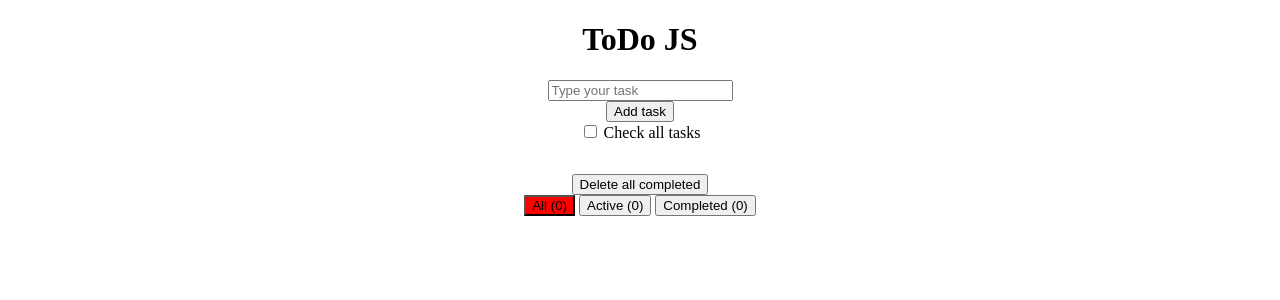
Repository: mklyagin/klyagin_todojs
Page: index.html
The author's editor kept a copy of each file at every save. The page is drawn from the files as they stood at one save, then again after the next save.
The browser window is 1280 px wide. The pictures show the whole page.

Above is the page before, as saved 2024-02-27 15:34:58.

### index.html
<!DOCTYPE html>
<html lang="en">
  <head>
    <meta charset="UTF-8">
    <meta name="viewport" content="width=device-width, initial-scale=1.0">
    <title>ToDo JS</title>
    <link rel="stylesheet" href="./style.css">
  </head>
  <body>
    <h1>ToDo JS</h1>
    <input id="enter-task-input" placeholder="Type your task">
    <button type="button" id="add-task-button">Add task</button>
    <div>
      <input type="checkbox" id="check-all-checkbox">
      <span>Check all tasks</span>
    </div>
    <ul id="task-list"></ul>
    <button type="button" id="delete-all-completed-button">
      Delete all completed
    </button>
    <div id="tabulation">
      <button id="show-all" class="active">All (0)</button>
      <button id="show-active">Active (0)</button>
      <button id="show-completed">Completed (0)</button>
    </div>
    <div id="pagination"></div>
    <script src="./script.js"></script>
  </body>
</html>

### style.css

body {
  display: flex;
  flex-direction: column;
  margin: auto;
  align-items: center;
  justify-content: center;
}

.hidden-element {
  display: none;
}

.active {
  background: red;
}

### script.js
const buttonTaskAdd = document.querySelector('#add-task-button');
const inputTask = document.querySelector('#enter-task-input');
const ulTask = document.querySelector('#task-list');
const checkAllCheckbox = document.querySelector('#check-all-checkbox');
const deleteAllCompletedButton = document.querySelector('#delete-all-completed-button');
const tabulationDiv = document.querySelector('#tabulation');
const paginationDiv = document.querySelector('#pagination');

const ENTER_KEY = 'Enter';
const ESCAPE_KEY = 'Escape';
const QUANTITY_OF_TASKS = 5;

let taskList = [];
let taskListPages = [[]];
let filterType = 0;
let currentPage = 0;

const strValidation = (inputStr) => inputStr.replace(/[!@#$%^&*()'"`<>;:]/g, '');

const checkAllTaskStates = () => {
  checkAllCheckbox.checked = taskList.length
    ? (taskList.every((task) => task.isDone))
    : false;
};

const listToPages = (currentList) => {
  taskListPages = [[]];
  let index = 0;
  currentList.forEach((task) => {
    if (taskListPages[index].length === QUANTITY_OF_TASKS) {
      taskListPages.push([]);
      index += 1;
    }
    taskListPages[index].push(task);
  });
};

const taskFilter = (currentList) => {
  switch (filterType) {
    case (0):
      return currentList;
    case (1):
      currentList = currentList.filter((task) => !task.isDone);
      return currentList;
    case (2):
      currentList = currentList.filter((task) => task.isDone);
      return currentList;
    default:
      return undefined;
  }
};

const taskValidation = () => {
  taskList.forEach((task) => {
    task.title = task.title.trim();
  });
  taskList = taskList.filter((task) => task.title.length);
};
const taskFilterCounter = () => {
  const counter = {
    total: taskList.length,
    active: (taskList.filter((task) => !task.isDone)).length,
    completed: (taskList.filter((task) => task.isDone)).length,
  };

  return counter;
};

const taskRender = (isAdding) => {
  let listOfTasks = '';
  let prePaginationList = '';
  let currentList = [];
  taskValidation();
  currentList = taskFilter(taskList);
  listToPages(currentList);
  if (isAdding) {
    currentPage = taskListPages.length - 1;
  }
  taskListPages[currentPage].forEach((task) => {
    listOfTasks
    += `<li id=${task.id}>
    <input type="checkbox" class="check-task" ${task.isDone ? 'checked' : ''}>
    <span class="task-title">${task.title}</span>
    <input hidden class="edit-task" id=${task.id} value=${task.title} >
    <button type="button" class="delete-task">X</button>
    </li>`;
  });
  ulTask.innerHTML = listOfTasks;
  checkAllTaskStates();
  const tabNumbers = taskFilterCounter();
  for (let index = 0; index < 3; index += 1) {
    if (index === filterType) {
      tabulationDiv.children[index].classList.add('active');
    } else {
      tabulationDiv.children[index].classList.remove('active');
    }
  }
  tabulationDiv.children[0].innerHTML = `All (${tabNumbers.total})`;
  tabulationDiv.children[1].innerHTML = `Active (${tabNumbers.active})`;
  tabulationDiv.children[2].innerHTML = `Completed (${tabNumbers.completed})`;
  for (let i = 0; i < taskListPages.length; i += 1) {
    prePaginationList += `<button class="page-number ${(i === currentPage ? 'active' : '')}">${i + 1}</button>`;
  }
  paginationDiv.innerHTML = prePaginationList;
};

const setPage = (event) => {
  if (event.target.classList.contains('page-number')) {
    currentPage = event.target.innerHTML - 1;
  }
  taskRender();
};

const addTask = () => {
  const task = {
    id: Date.now(),
    title: strValidation(inputTask.value),
    isDone: false,
  };

  taskList.push(task);
  inputTask.value = '';
  taskRender(true);
};

const editVisibilityToggle = (target) => {
  target.hidden = !target.hidden;
  if (target.className === 'task-title') {
    target.nextElementSibling.hidden = !target.nextElementSibling.hidden;
    target.nextElementSibling.focus();
  } else {
    target.previousElementSibling.hidden = !target.previousElementSibling.hidden;
  }
};

const editMode = (event) => {
  if (event.target.className === 'edit-task') {
    if (event.key === ESCAPE_KEY) {
      taskRender();
    } else if (event.key === ENTER_KEY || (event.type === 'blur' && event.sourceCapabilities)) {
      event.target.value = event.target.value.trim();
      if (!event.target.value.length) {
        taskRender();
      } else {
        editVisibilityToggle(event.target.previousElementSibling);
        taskList.forEach((task) => {
          if (task.id === Number(event.target.id)) {
            task.title = strValidation(event.target.value);
          }
        });
        taskRender();
      }
    }
  }
};

const eventUlHandlerListener = (event) => {
  const eventTaskID = Number(event.target.parentNode.id);
  const elemClass = event.target.className;
  if (elemClass === 'check-task') {
    taskList.forEach((task) => {
      if (task.id === eventTaskID) {
        task.isDone = event.target.checked;
      }
      checkAllTaskStates();
    });
    taskRender();
  } else if (elemClass === 'delete-task' && event.type === 'click') {
    taskList = taskList.filter((task) => task.id !== eventTaskID);
    taskRender();
  } else if (elemClass === 'task-title' && event.detail === 2) {
    editVisibilityToggle(event.target);
  }
};

const inputTaskListener = (event) => {
  if (event.key === ENTER_KEY) {
    addTask();
    inputTask.blur();
  }
};

const deleteCompleted = () => {
  taskList = taskList.filter((task) => !task.isDone);
  taskRender();
};

const checkAll = () => {
  taskList.forEach((task) => {
    task.isDone = checkAllCheckbox.checked;
  });
  taskRender();
};

const paginationCounter = (totalNumber) => {
  switch (totalNumber) {
    case 0:
      return 0;
    case totalNumber < 0:
      return console.log('pagination counter returned num < 0');
    default:
      return (Math.ceil(totalNumber / 5) - 1);
  }
};

const tabulationListener = (event) => {
  const tabNumbers = taskFilterCounter();
  switch (event.target.id) {
    case ('show-all'):
      filterType = 0;
      currentPage = paginationCounter(tabNumbers.total);
      taskRender();
      break;
    case ('show-active'):
      filterType = 1;
      currentPage = paginationCounter(tabNumbers.active);
      taskRender();
      break;
    case ('show-completed'):
      filterType = 2;
      currentPage = paginationCounter(tabNumbers.completed);
      taskRender();
      break;
    default:
      break;
  }
};

ulTask.addEventListener('click', eventUlHandlerListener);
ulTask.addEventListener('blur', editMode, true);
ulTask.addEventListener('keydown', editMode);
buttonTaskAdd.addEventListener('click', addTask);
inputTask.addEventListener('keydown', inputTaskListener);
deleteAllCompletedButton.addEventListener('click', deleteCompleted);
checkAllCheckbox.addEventListener('click', checkAll);
tabulationDiv.addEventListener('click', tabulationListener);
paginationDiv.addEventListener('click', setPage);

After the next save:
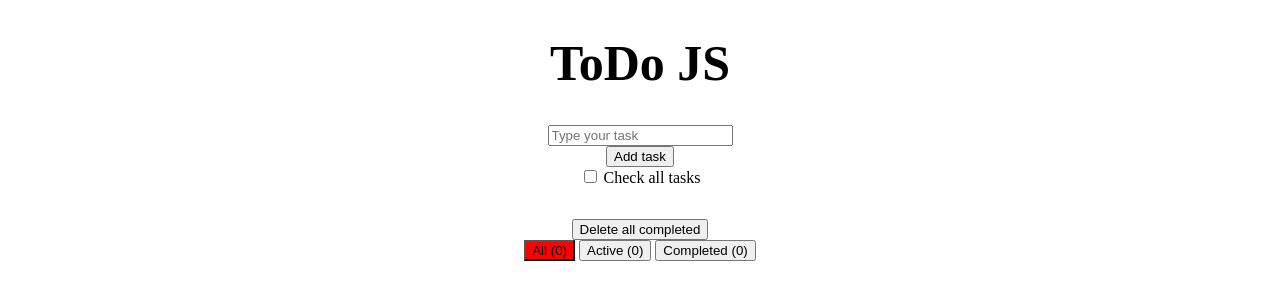
Saved 28 s later.
--- a/style.css
+++ b/style.css
@@ -7,6 +7,10 @@ body {
   justify-content: center;
 }
 
+body > h1 {
+  font-size: 50px;
+}
+
 .hidden-element {
   display: none;
 }
